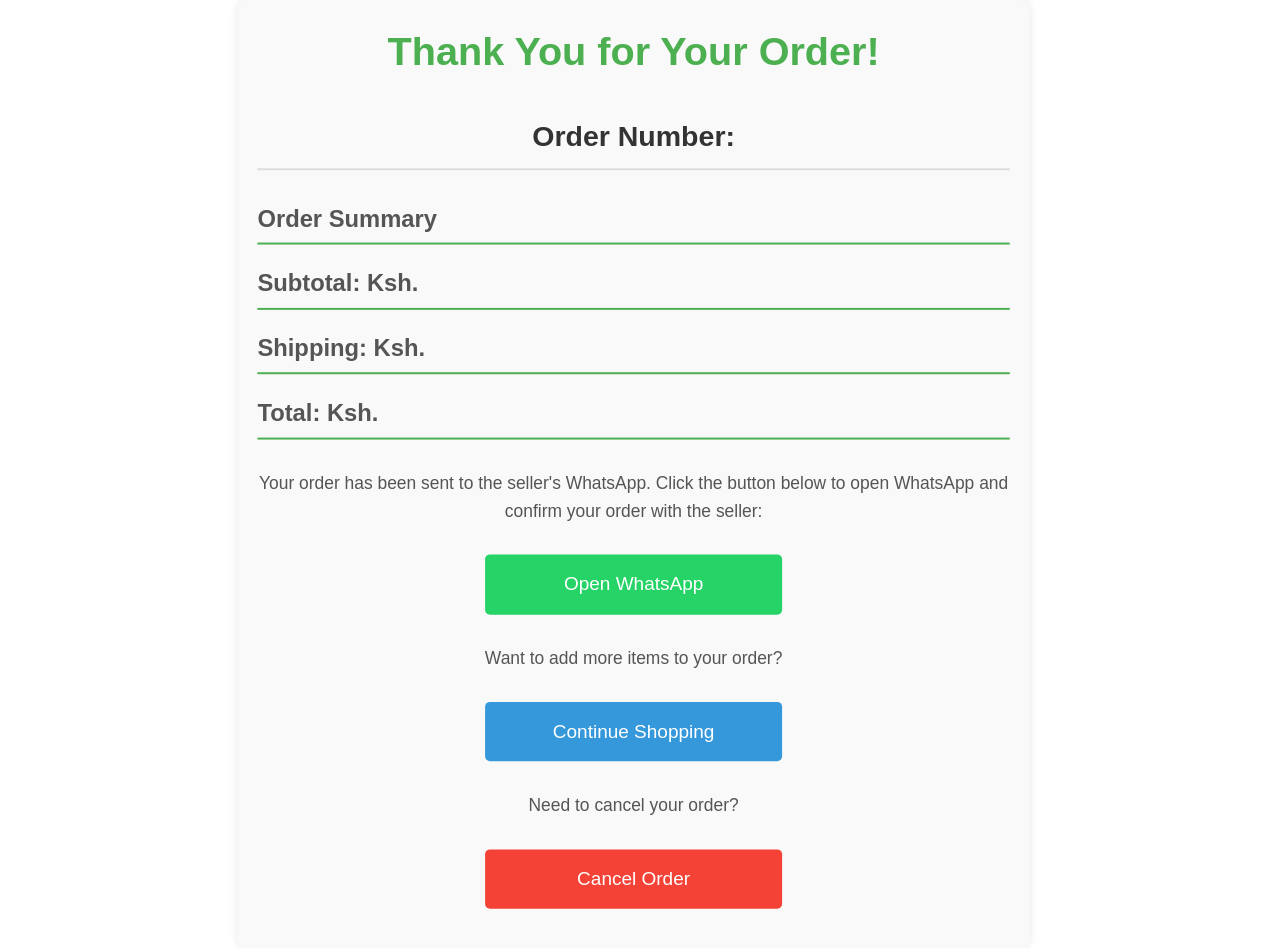
Repository: mrPractise/Elma-Shop
Page: templates/thankyou.html
The author's editor kept a copy of each file at every save. The page is drawn from the files as they stood at one save, then again after the next save.
The browser window is 1280 px wide. The pictures show the whole page, at 99% of full size.
Some web fonts or font styles are not loaded; a fallback is used. The page is served by the project's application, run on Django 5.2 (manage.py). The template is opened directly, without the code that normally fills it, so the values that code supplies are empty.

Above is the page before, as saved 2024-09-28 12:43:38.

After the next save:
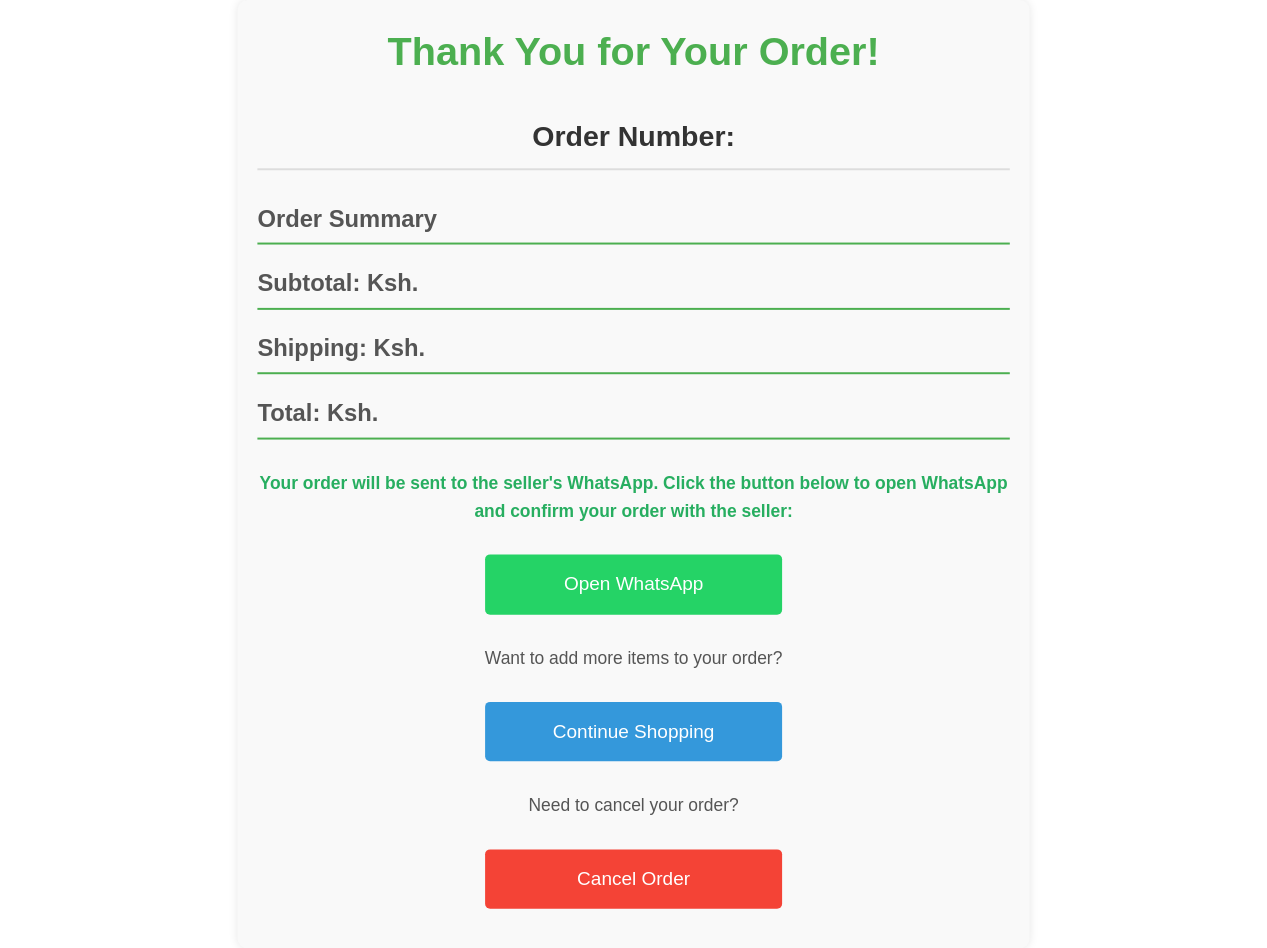
Saved 94 s later.
--- a/templates/thankyou.html
+++ b/templates/thankyou.html
@@ -20,7 +20,7 @@
     <h3 class="thankyou-total">Shipping: Ksh.{{ order.shipping_cost|intcomma }}</h3>
     <h3 class="thankyou-total">Total: Ksh.{{ order.total_amount|intcomma }}</h3>
 
-    <p class="thankyou-message">Your order has been sent to the seller's WhatsApp. Click the button below to open WhatsApp and confirm your order with the seller:</p>
+    <p class="thankyou-message checkout-p">Your order will be sent to the seller's WhatsApp. Click the button below to open WhatsApp and confirm your order with the seller:</p>
     <a href="{{ whatsapp_url }}" class="thankyou-button thankyou-whatsapp-button">Open WhatsApp</a>
 
     <p class="thankyou-message">Want to add more items to your order?</p>
